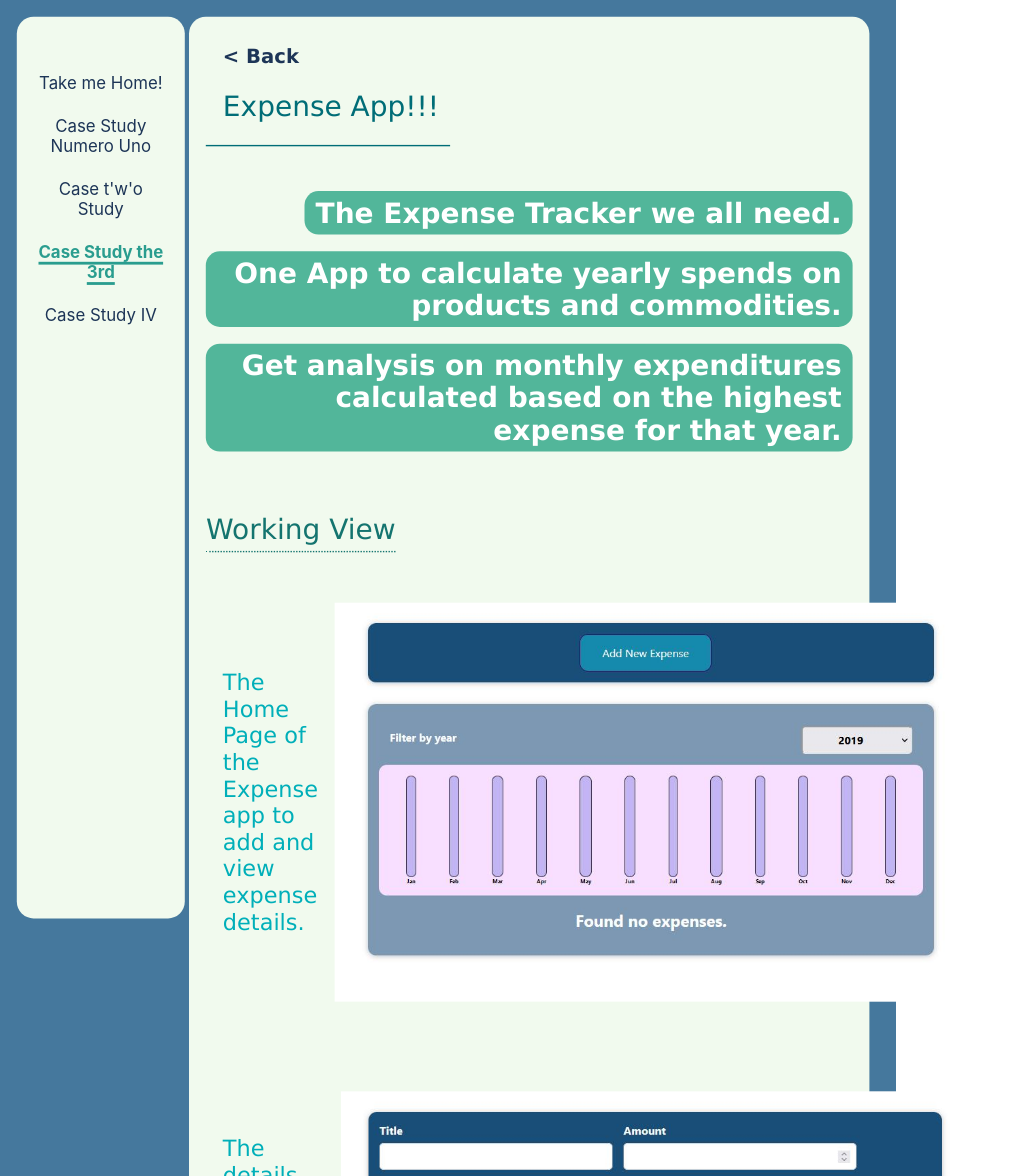
Repository: niranjangp/portfolioReact
Page: /cs-three
An editor plug-in stored every save of this project. The page is shown before and after the next save, followed by the edit.
The browser window is 1280 px wide. The page is 1462 px wide, so the pictures cover 1462 px, including what lies to the right of the window. The pictures show the part of the page from y = 0 to 1680 px (the page is 5881 px tall before and 6155 px after), at 70% of full size.
The project was rebuilt for these pictures with package versions that can differ from the ones it lists, and the page was loaded fresh each time. Also part of the build but not shown: src/pages/enterDesign.jsx, src/pages/csOne.jsx, src/pages/csTwo.jsx, src/pages/csFour.jsx, src/pages/notFound.jsx.

Above is the page before, as saved 2022-02-02 03:03:21.

After the next save:
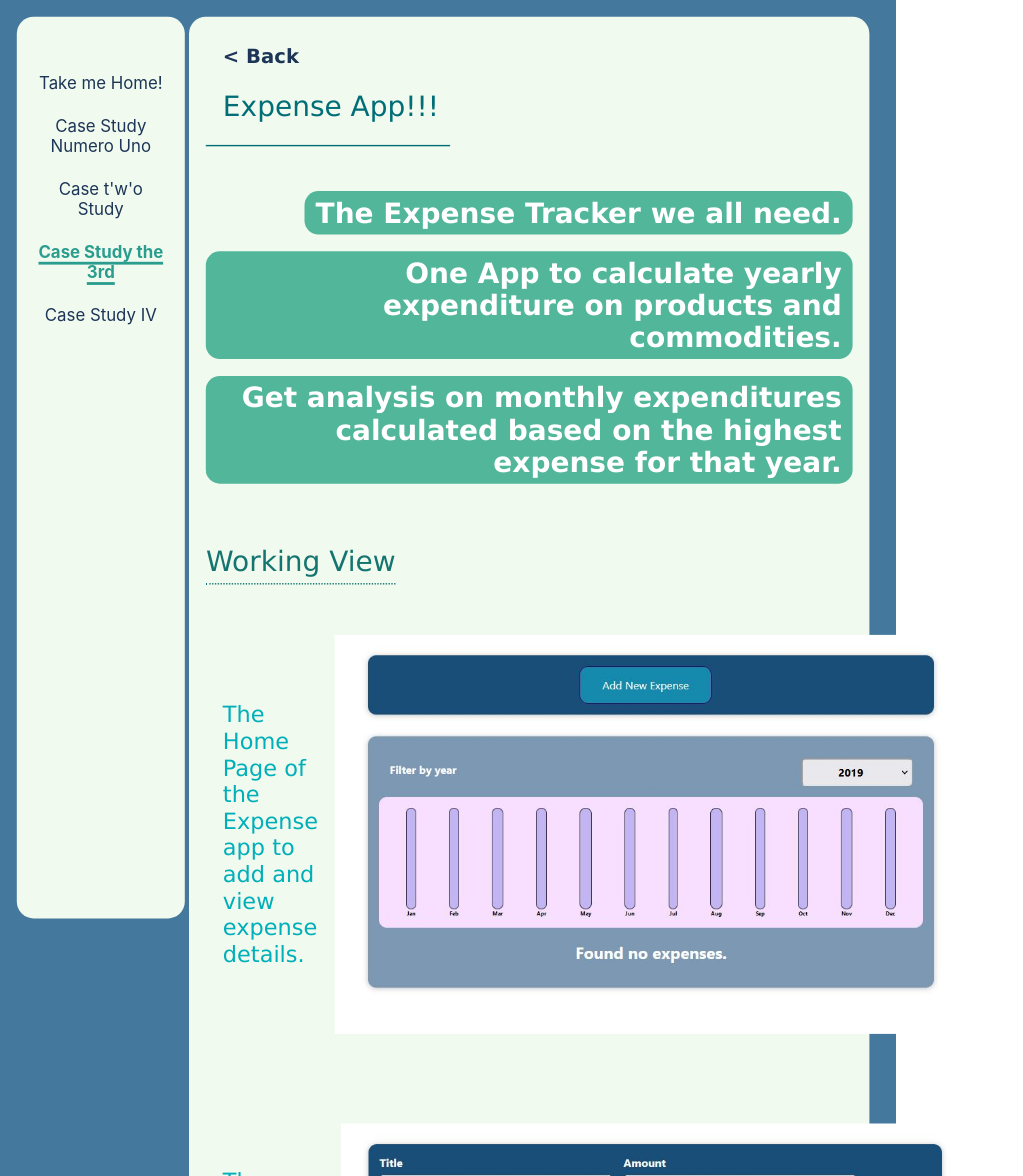
Saved 8 min 34 s later.
--- a/src/pages/csThree.jsx
+++ b/src/pages/csThree.jsx
@@ -14,23 +14,23 @@ const csThree = () => {
             <div className="exp-body">
                 <div className="right-content">
                     <p className="exp-para">The Expense Tracker we all need.</p>
-                    <p className="exp-para">One App to calculate yearly spends on products and commodities.</p>
+                    <p className="exp-para">One App to calculate yearly expenditure on products and commodities.</p>
                     <p className="exp-para">Get analysis on monthly expenditures calculated based on the highest expense for that year.</p>
                 </div>
                 <div>
                     <div className="exp-header">Working View</div>
                     <div className="flexExp"><div className="iconText">The Home Page of the Expense app to add and view expense details.</div><img src={ExpHome} alt="expense-home" className="expIcon"/></div>
                     <div className="flexExp"><div className="iconText">The details to be filled include the name of the expense, the amount and the date of the expense incurred.</div><img src={AddExp} alt="add-expense"  className="expIcon" /></div>
-                    <div className="flexExp"><div className="iconText">Screen when there is only one Expense entry for a particular month, capturing the when, how much and the monthly chart of the expenses captured.</div><img src={SingleExp} alt="single-exp" className="expIcon" /></div>
-                    <div className="flexExp"><div className="iconText">Screen when multiple expense items are entered with the highest amount in a particular month accounted in a year to be the highest amount in the chart, unless overwritten by any future expenses exceeding the previous highest amount. The subsequent monthly expense details captured are based on the highest month and fill the chart appropriately.</div><img src={MultiExp} alt="multi-exp" className="expIcon" /></div>
+                    <div className="flexExp"><div className="iconText">This screen displays the scenario when there is only one Expense entry for a particular month, it captures the when, how much, and the monthly chart of the expenses.</div><img src={SingleExp} alt="single-exp" className="expIcon" /></div>
+                    <div className="flexExp"><div className="iconText">This screen displays the scenario when multiple expense items are entered, with the highest amount in a particular month being accounted for in a year to be the highest amount in the chart, unless overwritten by any future expenses exceeding the previous highest amount. The subsequent monthly expense details captured are based on the highest month and fill the chart appropriately.</div><img src={MultiExp} alt="multi-exp" className="expIcon" /></div>
                 </div>
                 <div className="right-content last">
                     <p className="exp-para">The design is card and container based and darker hues are used for color schemes.</p>
                     <p className="exp-para">App is built using ReactJS, implementing CSS design guidelines too.</p>
                     <p className="exp-para">Many overlook the fact to track their expenditure, and this solution helps them in a way.</p>
-                    <p className="exp-para">The known to this story is the tracking model and the unknown could be the integration of payment methods to track or update live status.</p>
-                    <p className="exp-para">Further working on the tracking and payment integration, the interface and experience of the app will be enhanced drastically.</p>
-                    <p className="exp-para">Takeaway - Understanding the varied nuances of the  lifecycle of a product and its implementation has been the key takeaway from this design model.</p>
+                    <p className="exp-para">The known in this story is the tracking model, and the unknown could be the integration of payment methods to track or update live status.</p>
+                    <p className="exp-para">Further development on the tracking and payment integration will help enhance the interface and experience of the app.</p>
+                    <p className="exp-para">Takeaway - Understanding the varied nuances of the lifecycle of a product and its implementation has been the key takeaway from this design model.</p>
                 </div>
             </div>
             <div className="last-text">To go back, scroll up to find the Back button near the top of the screen or use the navigation links to take you to the home page or to the desired webpage!!!</div>
